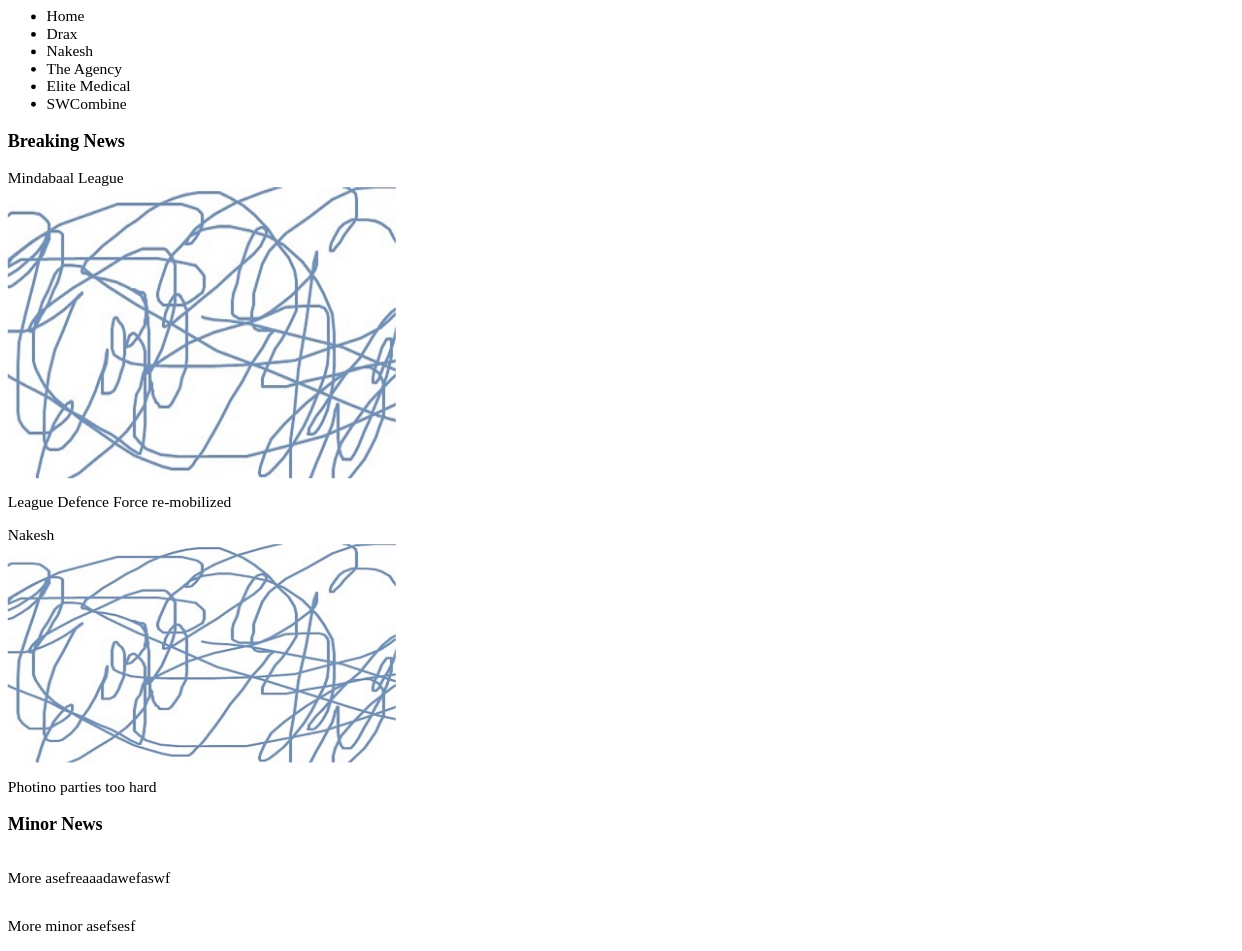
Repository: nlblunt/ml_news
Page: app/assets/javascripts/html/index.html
The author's editor kept a record of every edit. The page is drawn from the files as they stood at one moment, then again after the next edit.
The browser window is 1280 px wide. The pictures show the whole page, at 97% of full size.

Above is the page before.

After the next edit:
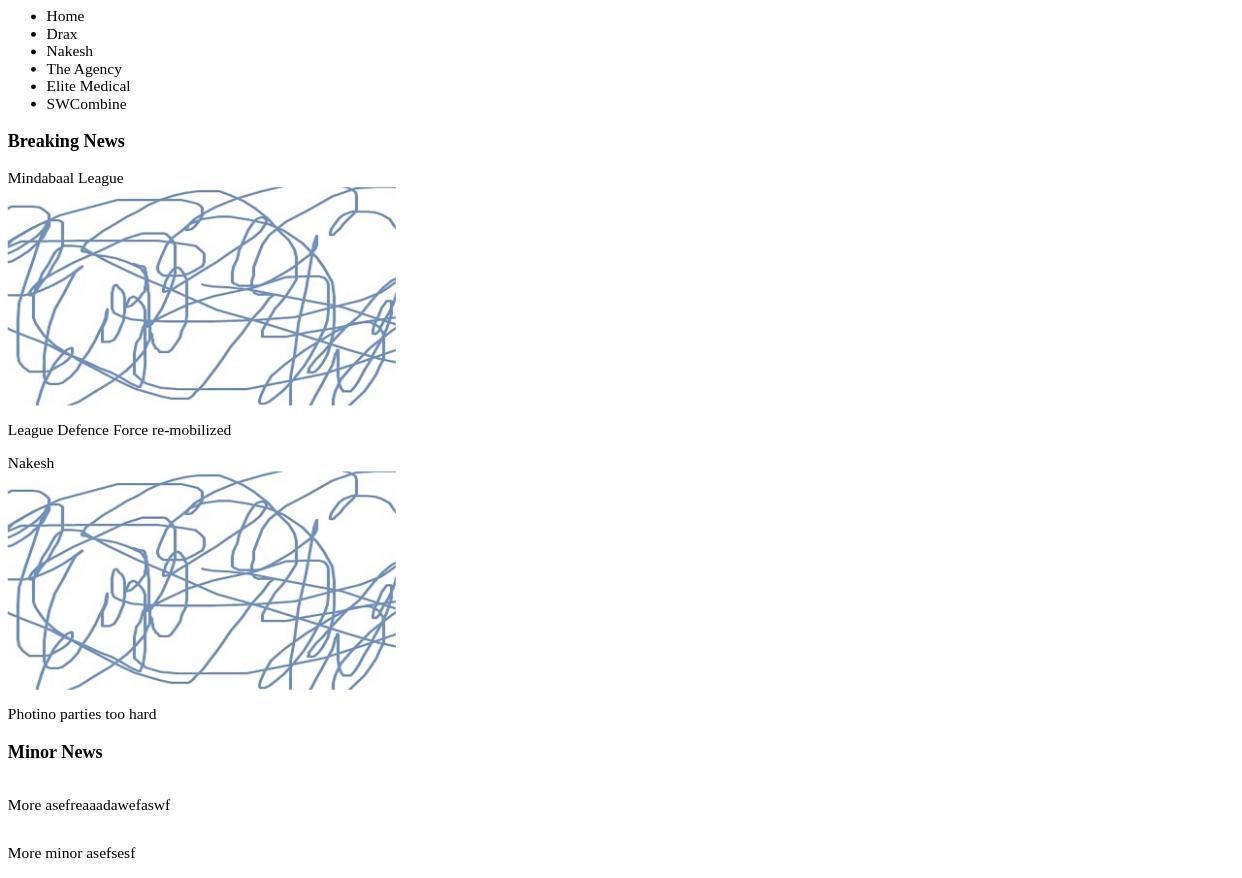
The edit:
--- a/app/assets/javascripts/html/index.html
+++ b/app/assets/javascripts/html/index.html
@@ -21,7 +21,7 @@
 			<h1>Breaking News</h1>
 			<div class='major-news'>
      <div class="major-news-header ml">Mindabaal League</div>
-				<img class="major-news-img" src="images/filler.jpg" width="400" height="300"/>
+				<img class="major-news-img" src="images/filler.jpg" />
 				<p>League Defence Force re-mobilized</p>
 			</div>
 
